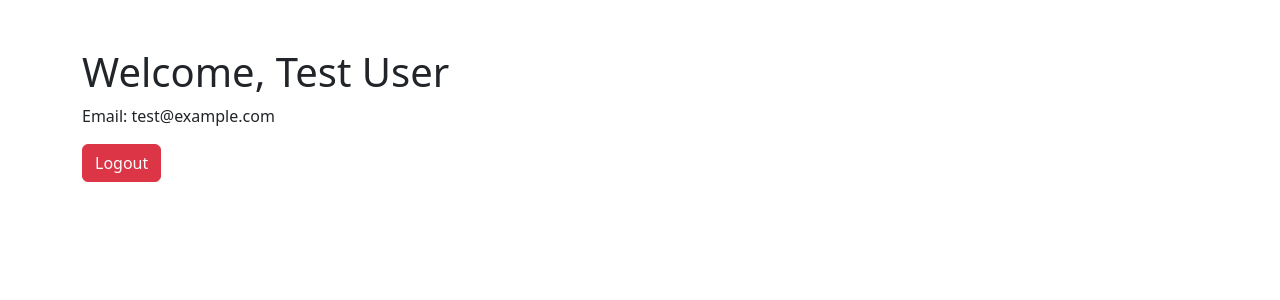
Repository: Abdulahi338/Authentication-using-laravel-11
Page: http://localhost/dashboard
An editor plug-in stored every save of this project. The page is shown before and after the next save, followed by the edit.
The browser window is 1280 px wide. The pictures show the whole page.
The page is served by the project's Laravel application, run on PHP 8.4 with Laravel 12. A made-up administrator, Test User (test@example.com), is signed in. Other server files are loaded and not shown.

Above is the page before, as saved 2024-10-16 09:52:02.

### routes/web.php
<?php


use Illuminate\Support\Facades\Route;
use App\Http\Controllers\AuthController;
use Illuminate\Support\Facades\Auth;

// Guest routes (not logged in)
Route::middleware('guest')->group(function () {
    // Home route
    Route::get('/', function () {
        return view('layouts.app');
    })->name('home');

    // Registration routes
    Route::get('/register', function () {
        return view('auth.register');
    })->name('register.form');

    Route::post('/register', [AuthController::class, 'register'])->name('register');

    // Login routes
    Route::get('/login', function () {
        return view('auth.login');
    })->name('login.form');

    Route::post('/login', [AuthController::class, 'login'])->name('login');

    // Password reset request routes
    Route::get('/password/reset', [AuthController::class, 'showResetRequestForm'])->name('password.request');
    Route::post('/password/email', [AuthController::class, 'sendResetLinkEmail'])->name('password.email');

    // Password reset routes
    Route::get('/password/reset/{token}/{email}', [AuthController::class, 'showResetForm'])->name('password.reset');
    Route::post('/password/reset', [AuthController::class, 'reset'])->name('password.update');
    Route::get('/verify-email/{token}', [AuthController::class, 'verifyEmail'])->name('verification.verify');



});

// Authenticated routes (users who are logged in)
Route::middleware('auth')->group(function () {
     // Email verification route

    // Verification notice route
    Route::get('/verification-notice', function () {
        return view('auth.verification-notice');
    })->name('verification.notice');
        // Resend verification route
        Route::post('/resend-verification', [AuthController::class, 'resendVerification'])->name('verification.resend');
    // Dashboard route
    Route::get('/dashboard', [AuthController::class, 'dashboard'])->name('dashboard');

    // Logout route
    Route::post('/logout', [AuthController::class, 'logout'])->name('logout');

});


use App\Http\Controllers\PostController;

Route::middleware(['auth', 'verified'])->group(function () {
    Route::get('/posts', [PostController::class, 'index'])->name('posts.index');
    Route::get('/posts/create', [PostController::class, 'create'])->name('posts.create');
    Route::post('/posts', [PostController::class, 'store'])->name('posts.store');
    Route::get('/posts/{post}/edit', [PostController::class, 'edit'])->name('posts.edit');
    Route::put('/posts/{post}', [PostController::class, 'update'])->name('posts.update');
    Route::delete('/posts/{post}', [PostController::class, 'destroy'])->name('posts.destroy');
});

### app/Models/User.php
<?php

namespace App\Models;

// use Illuminate\Contracts\Auth\MustVerifyEmail;
use Illuminate\Database\Eloquent\Factories\HasFactory;
use Illuminate\Foundation\Auth\User as Authenticatable;
use Illuminate\Notifications\Notifiable;

class User extends Authenticatable
{
    use HasFactory, Notifiable;

    /**
     * The attributes that are mass assignable.
     *
     * @var array<int, string>
     */
    // User.php
public function posts()
{
    return $this->hasMany(Post::class);
}


    protected $fillable = [
        'name',
        'email',
        'password',
    ];

    /**
     * The attributes that should be hidden for serialization.
     *
     * @var array<int, string>
     */
    protected $hidden = [
        'password',
        'remember_token',
    ];

    /**
     * Get the attributes that should be cast.
     *
     * @return array<string, string>
     */
    protected function casts(): array
    {
        return [
            'email_verified_at' => 'datetime',
            'password' => 'hashed',
        ];
    }
}

### app/Http/Controllers/AuthController.php
<?php

namespace App\Http\Controllers;

use App\Models\User;
use App\Mail\VerificationMail;
use Illuminate\Http\Request;
use Illuminate\Support\Facades\Hash;
use Illuminate\Support\Facades\Mail;
use Illuminate\Support\Facades\DB;
use Illuminate\Support\Str;
use Illuminate\Support\Facades\Password;

class AuthController extends Controller
{
    // Registration function
    public function register(Request $request)
    {
        // Validate user input
        $validated = $request->validate([
            'name' => 'required|string|max:255',
            'email' => 'required|email|unique:users,email',
            'password' => 'required|string|min:3|confirmed', // Password should be more secure
        ]);

        // Hash password and create the user
        $user = User::create([
            'name' => $validated['name'],
            'email' => $validated['email'],
            'password' => Hash::make($validated['password']),
        ]);

        // Generate verification token
        $token = Str::random(32);
        DB::table('email_verifications')->insert([
            'user_id' => $user->id,
            'token' => $token,
            'created_at' => now(),
        ]);

        // Send verification email
        Mail::to($user->email)->send(new VerificationMail($user, $token));

        // Redirect to login with a success message
        return redirect()->route('login')->with('message', 'Registration successful! Please check your email to verify your account.');
    }

    // Login function
    public function login(Request $request)
    {
        // Validate the login request
        $credentials = $request->validate([
            'email' => 'required|email',
            'password' => 'required|string',
        ]);

        // Attempt to find the user
        $user = User::where('email', $credentials['email'])->first();

        if (!$user) {
            return redirect()->back()->withErrors(['email' => 'Invalid credentials.'])->withInput();
        }

        // Check if the email is verified
        if (!$user->email_verified_at) {
            return redirect()->back()->withErrors(['email' => 'Please verify your email first.'])->withInput();
        }

        // Check the password
        if (!Hash::check($credentials['password'], $user->password)) {
            return redirect()->back()->withErrors(['email' => 'Invalid credentials.'])->withInput();
        }

        // Log the user in
        auth()->login($user);

        return redirect()->route('dashboard'); // Redirect to the dashboard after successful login
    }

    // Email Verification function
    public function verifyEmail($token)
    {
        // Look for the token in the email_verifications table
        $verification = DB::table('email_verifications')->where('token', $token)->first();

        // If the token is not found, return an error
        if (!$verification) {
            return redirect()->route('login')->withErrors(['token' => 'Invalid verification token.']);
        }

        // Find the user by the token
        $user = User::find($verification->user_id);

        // Mark email as verified
        $user->email_verified_at = now();
        $user->save();

        // Optionally delete the token after successful verification
        DB::table('email_verifications')->where('token', $token)->delete();

        // Log the user in
        auth()->login($user);

        return redirect()->route('dashboard')->with('message', 'Email verified successfully! Welcome to your dashboard.');
    }

    // Resend Email Verification
    public function resendVerification(Request $request)
    {
        // Validate the request
        $request->validate([
            'email' => 'required|email',
        ]);

        // Find the user by email
        $user = User::where('email', $request->email)->first();

        if (!$user) {
            return redirect()->back()->withErrors(['email' => 'User not found.']);
        }

        // Check if the user already has a verified email
        if ($user->email_verified_at) {
            return redirect()->back()->withErrors(['email' => 'Email is already verified.']);
        }

        // Generate a new verification token
        $token = Str::random(32);

        // Update or create a new verification record
        DB::table('email_verifications')->updateOrInsert(
            ['user_id' => $user->id],
            ['token' => $token, 'created_at' => now()]
        );

        // Send the verification email
        Mail::to($user->email)->send(new VerificationMail($user, $token));

        return redirect()->back()->with('message', 'Verification email resent.');
    }

    // Show password reset request form
    public function showResetRequestForm()
    {
        return view('auth.passwords.email');
    }

    // Handle sending the reset link
    public function sendResetLinkEmail(Request $request)
    {
        // Validate the request
        $request->validate([
            'email' => 'required|email',
        ]);

        // Send the reset link
        $status = Password::sendResetLink($request->only('email'));

        // Return response based on the status
        return $status === Password::RESET_LINK_SENT
            ? back()->with('status', __($status))
            : back()->withErrors(['email' => __($status)]);
    }

    // Password Reset Form
    public function showResetForm($token, $email)
    {
        return view('auth.passwords.reset')->with(['token' => $token, 'email' => $email]);
    }

    // Handle password reset
    public function reset(Request $request)
    {
        // Validate the request
        $request->validate([
            'email' => 'required|email',
            'password' => 'required|string|min:6|confirmed',
            'token' => 'required',
        ]);

        // Reset the password
        $status = Password::reset(
            $request->only('email', 'password', 'password_confirmation', 'token'),
            function ($user) use ($request) {
                $user->password = Hash::make($request->password);
                $user->save();
            }
        );

        // Redirect or return based on the status
        return $status === Password::PASSWORD_RESET
            ? redirect()->route('login')->with('status', __($status))
            : back()->withErrors(['email' => __($status)]);
    }

    // Dashboard
    public function dashboard()
    {
        if (auth()->check()) {
            return view('dashboard', ['user' => auth()->user()]);
        }

        return redirect('/login')->with('message', 'Please log in first.');
    }

    // Logout
    public function logout(Request $request)
    {
        auth()->logout();
        return redirect('/login')->with('message', 'You have been logged out successfully!');
    }
}

### resources/views/dashboard.blade.php
{{-- resources/views/dashboard.blade.php --}}
<!DOCTYPE html>
<html lang="en">
<head>
    <meta charset="UTF-8">
    <meta name="viewport" content="width=device-width, initial-scale=1.0">
    <link href="https://cdn.jsdelivr.net/npm/bootstrap@5.3.0-alpha1/dist/css/bootstrap.min.css" rel="stylesheet">
    <title>User Dashboard</title>
</head>
<body>

    <div class="container mt-5">
        @if(session('message'))
        <div class="alert alert-success">{{ session('message') }}</div>
    @endif
        <h1>Welcome, {{ $user->name }}</h1>
        <p>Email: {{ $user->email }}</p>


        <form action="{{ url('/logout') }}" method="POST">
            @csrf
            <button type="submit" class="btn btn-danger">Logout</button>
        </form>
    </div>
</body>
</html>

Loaded but not shown: app/Http/Controllers/Controller.php (common file)

After the next save:
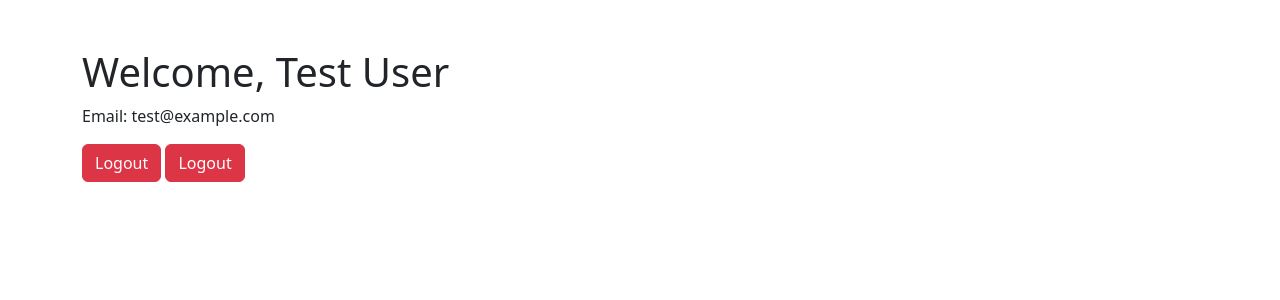
Saved 4 min 52 s later.
--- a/resources/views/dashboard.blade.php
+++ b/resources/views/dashboard.blade.php
@@ -20,6 +20,7 @@
         <form action="{{ url('/logout') }}" method="POST">
             @csrf
             <button type="submit" class="btn btn-danger">Logout</button>
+            <button type="submit" class="btn btn-danger">Logout</button>
         </form>
     </div>
 </body>
